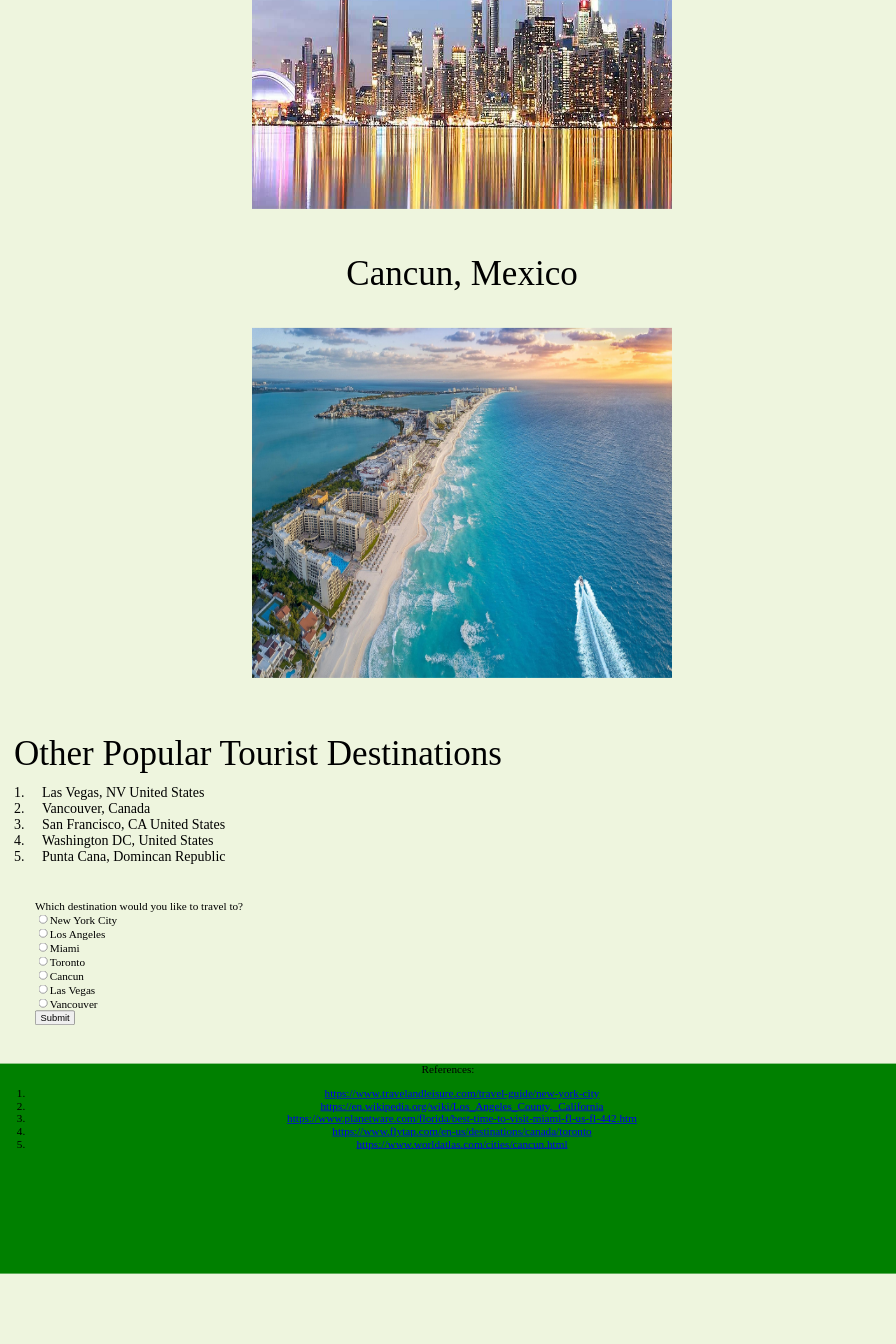
Repository: alharama/StaticWebsite
Page: na_page.html
An editor plug-in stored every save of this project. The page is shown before and after the next save, followed by the edit.
The browser window is 1280 px wide. The pictures show the part of the page from y = 3018 to 4938 px (the page is 4938 px tall before and 4662 px after), at 70% of full size.

Above is the page before, as saved 2021-10-07 20:27:54.

After the next save:
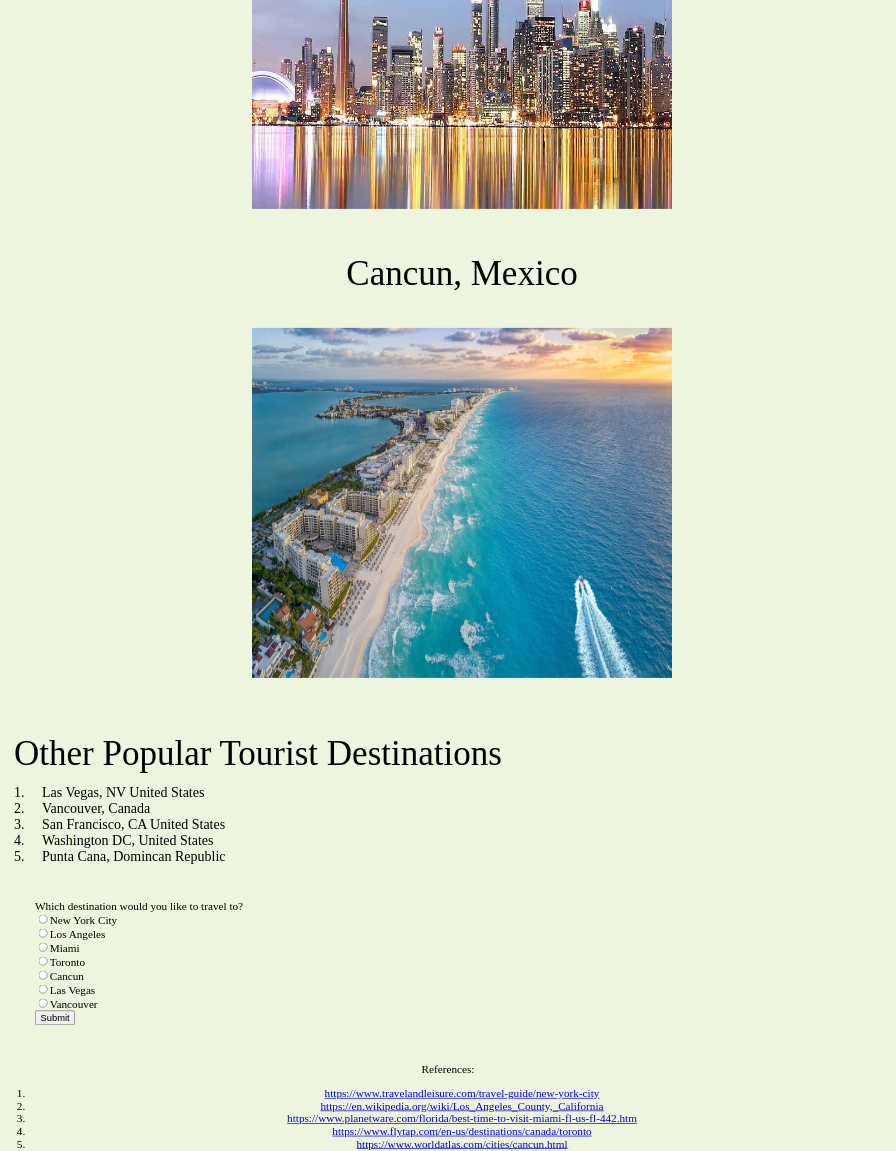
Saved 85 s later.
--- a/CSS/stylesheet.css
+++ b/CSS/stylesheet.css
@@ -21,7 +21,7 @@
 body{
     background: rgb(238, 245, 222);
     margin: 0px;
-    padding-bottom: 100px;
+
 }
 
 .top_nav {
@@ -101,7 +101,7 @@ footer {
     position: relative;
     bottom: 0;
     width: 100%;
-    height: 300px;
+    height: 00px;
     background-color: green;
     color: black;
     text-align: center;
